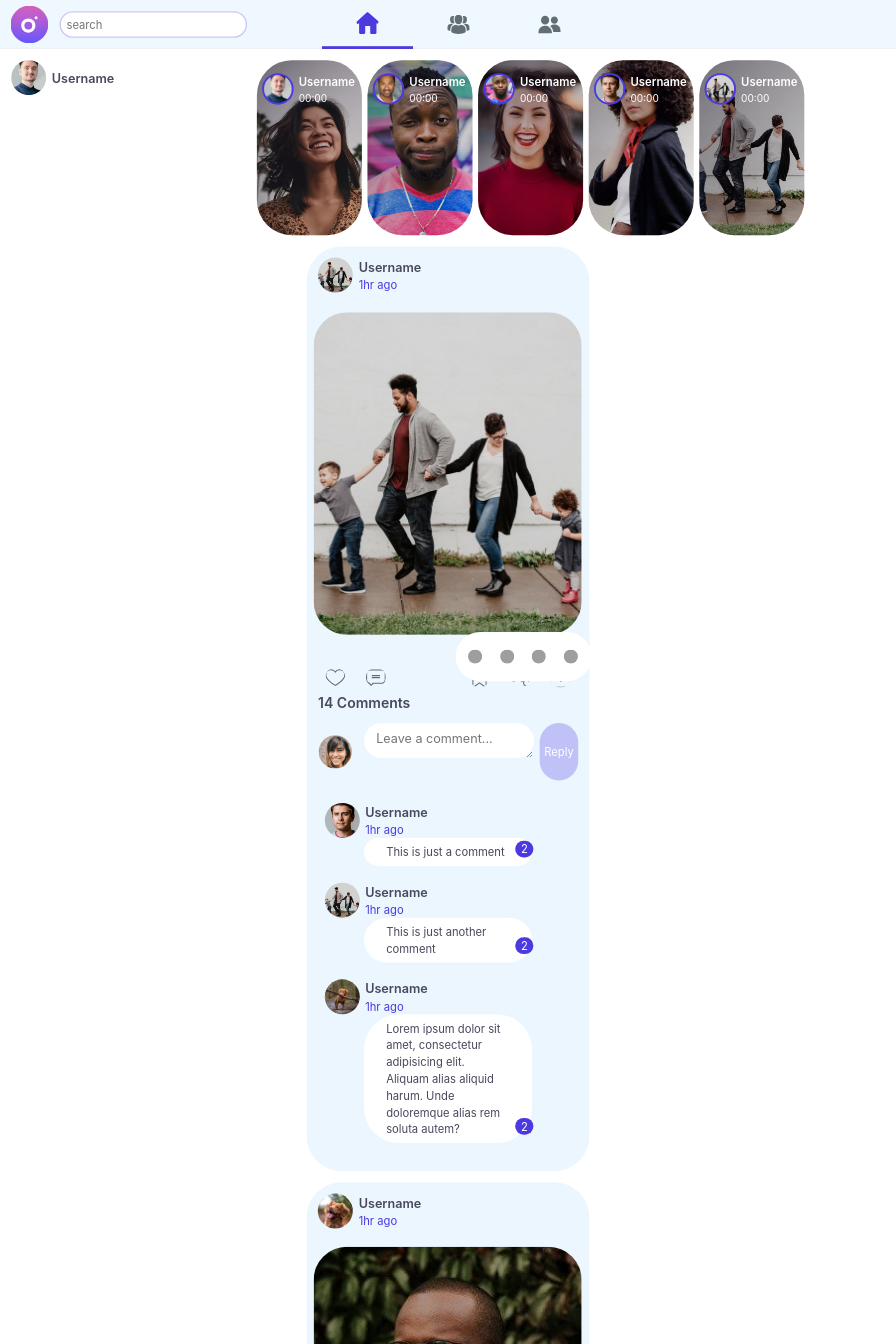
Repository: Flovet-stack/memic
Page: home.html
The author's editor kept a copy of each file at every save. The page is drawn from the files as they stood at one save, then again after the next save.
The browser window is 1280 px wide. The pictures show the part of the page from y = 0 to 1920 px (the page is 3446 px tall), at 70% of full size.
Pictures or frames that could not be fetched are drawn as grey boxes. Some web fonts or font styles are not loaded; a fallback is used.

Above is the page before, as saved 2020-10-17 19:33:23.
Console error: TypeError: Cannot read properties of undefined (reading 'fn')

After the next save:
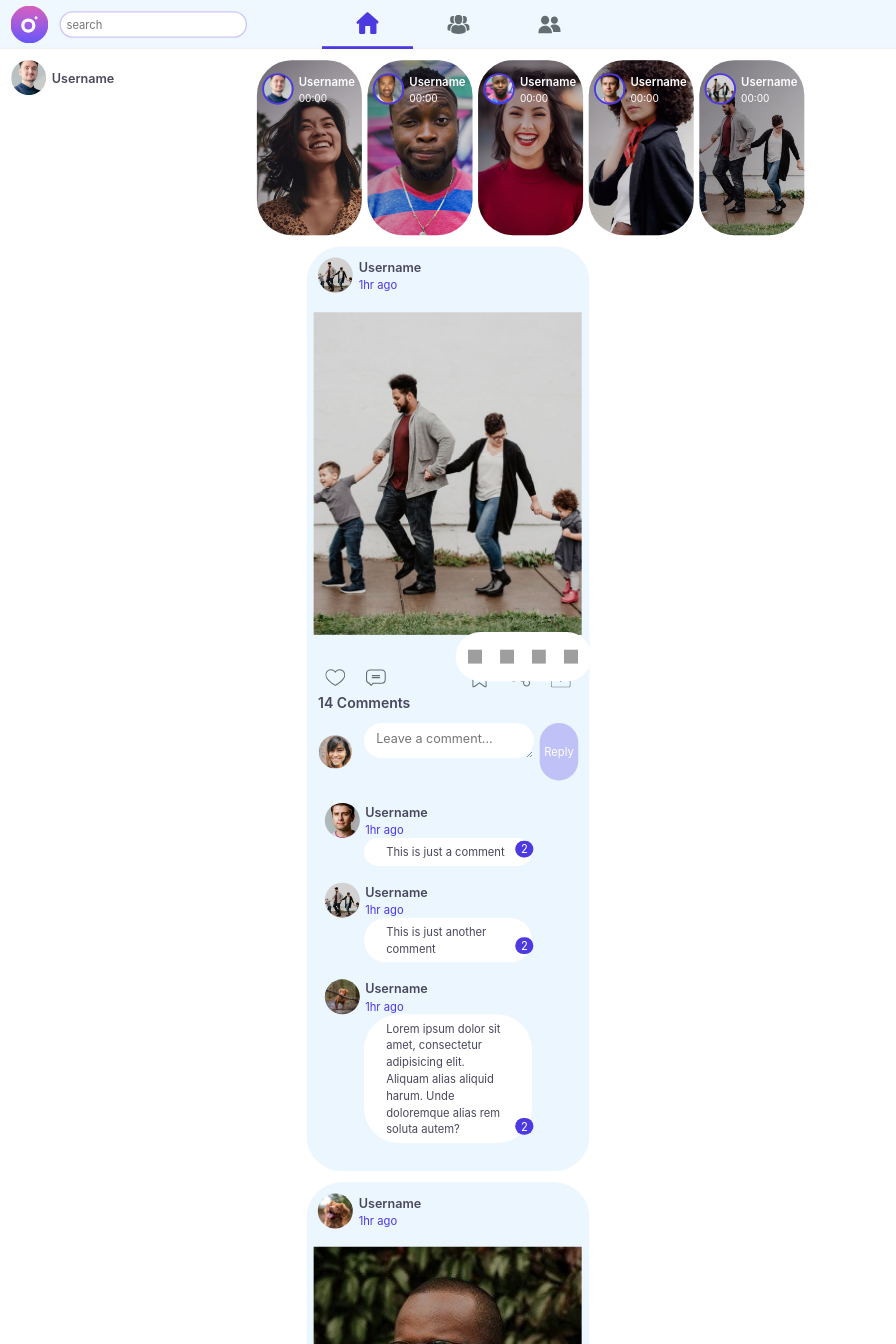
Saved 5 s later.
--- a/css/post-card.css
+++ b/css/post-card.css
@@ -16,7 +16,7 @@
     width: 100%;
     /* background-color: var(--transparent-overlay); */
     transform: scale(.95);
-    border-radius: var(--border-radius);
+    /* border-radius: var(--border-radius); */
     margin: var(--padding-2) 0;
 }
 .post-card-footer {
